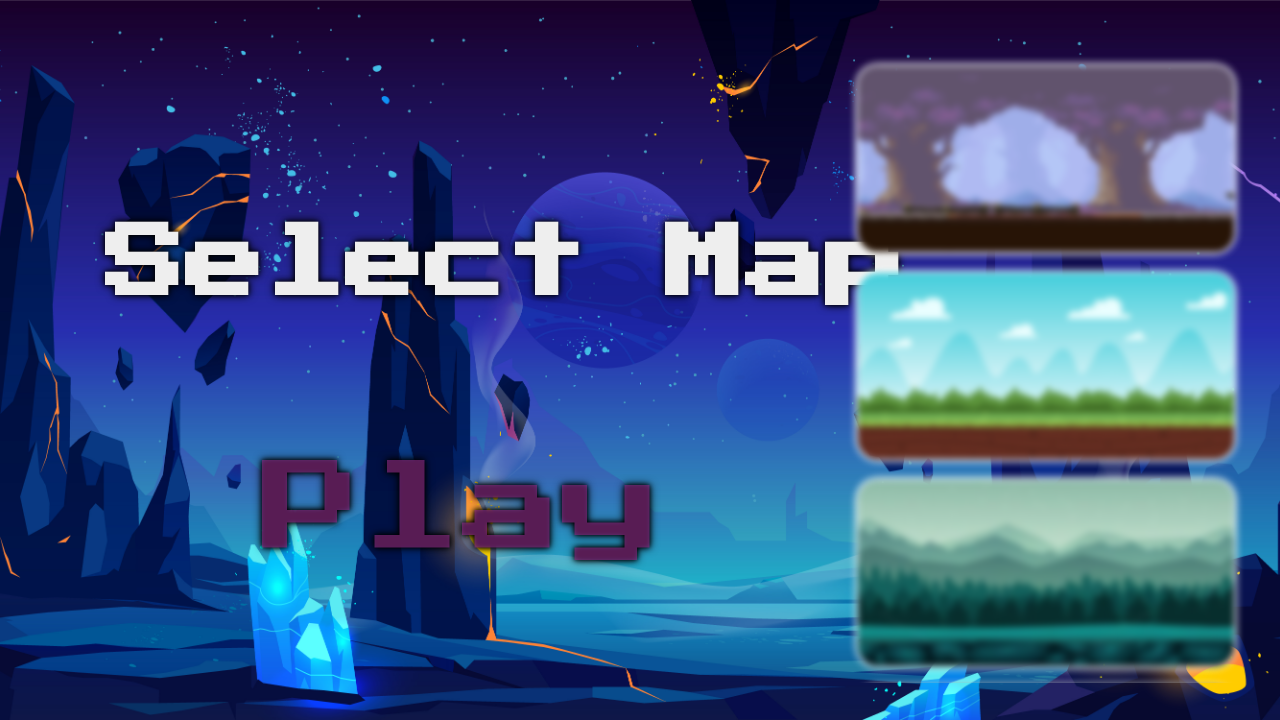
Repository: Gaurav31052/Fighting-game
Page: home.html
These files come from the project's save history. The page is drawn as it stood at one moment and after a run of saves; the edit follows.
The browser window is 1280 px wide. The pictures show the whole page.
An inner scrolling area shows only its first screen.

Above is the page before, as saved 2024-06-06 23:34:31.

### home.html
<!DOCTYPE html>
<html lang="en">

<head>
    <meta charset="UTF-8">
    <meta name="viewport" content="width=device-width, initial-scale=1.0">
    <title>Document</title>
    <link href="https://fonts.googleapis.com/css2?family=Press+Start+2P&display=swap" rel="stylesheet">
    <link rel="stylesheet" href="style.css">
</head>

<body>


    <!-- carousel -->
    <div class="carousel">
        <!-- list item -->
        <div class="list">
            <div class="item">

                <div class="MapName">
                   <h1 id="name">Select Map</h1>
                </div>

                <img id="mainbox" src="img/home.jpg" alt="">

                <button id="btn"><a href='game.html'>Play</a></button>
            </div>

        </div>


        <!-- list thumnail -->
        <div class="thumbnail" id="about">

            <div class="item" id="bg1"><img class="myimg" src="./img/background1.jpg" alt=""></div>
            <div class="item" id="bg2"><img class="myimg" src="./img/background2.jpg" alt=""></div>
            <div class="item" id="bg3"><img class="myimg" src="./img/background3.jpg" alt=""></div>
            <div class="item" id="bg4"><img class="myimg" src="./img/background4.jpg" alt=""></div>
            <div class="item" id="bg5"><img class="myimg" src="./img/background5.jpg" alt=""></div>
            <div class="item" id="bg6"><img class="myimg" src="./img/background6.jpg" alt=""></div>
            <!-- <div class="item"><img src="img/background.jpg" alt=""></div>
                <div class="item"><img src="img/background.jpg" alt=""></div>
                <div class="item"><img src="img/background.jpg" alt=""></div>
                <div class="item"><img src="img/background.jpg" alt=""></div>
                <div class="item"><img src="img/background.jpg" alt=""></div> -->

        </div>


    </div>

    <script src="home.js"></script>

</body>

</html>

### style.css

body {
    margin: 0;
    background-color: #000;
    color: #eee;
    font-family: Poppins;
    font-size: 12px;
    overflow: hidden;
}

a {
    text-decoration: none;
    color: #8b2c84a2;
}

/* carousel */
.carousel {
    height: 100vh;
    width: 100vw;
    overflow: hidden;
    position: relative;
}

.carousel .list .item {
    width: 100%;
    height: 100%;
    position: absolute;
    inset: 0 0 0 0;

}

.carousel .list .item img {
    width: 100%;
    height: 100%;
    object-fit: cover;

}

.carousel .list .item button {

    position: absolute;
    top: 50%;
    left: 20%;
    font-size: 100px;
    font-family: "Press Start 2P", system-ui;
    text-align: center;
    padding-top: 100px;
    text-shadow: 0 0 10px #000000, 0 0 5px #000000;
    border: 2px solid black;
    background: transparent;
    border: none;
}
#btn{

}

.MapName {
    /* background: red; */
    position: absolute;
    height: 130px;
    width: 830px;
    top: 200px;
    left: 90px;
    display: flex;
    justify-content: space-around;
    align-items: center;
    font-family: "Press Start 2P", system-ui;
    text-shadow: 0 0 10px #000000, 0 0 5px #000000;
}
.MapName>h1{
    font-size: 80px;
}



/* thumbail */
.thumbnail {
    position: absolute;
    top: 6%;
    left: 65%;
    width: max-content;
    z-index: 100;
    gap: 15px;
    width: 460px;
    height: 615px;
    overflow: scroll;
    padding: 5px;
    padding-top: 20px;

    scroll-behavior: initial;
    display: flex;
    flex-direction: column;
    align-items: center;

}

.thumbnail .item {
    width: fit-content;
    flex-shrink: 0;
    position: relative;
    list-style-type: none;
    padding: 3px;
}

#about {
    scrollbar-width: none;
}

.thumbnail .item img {
    width: 90%;
    height: 100%;
    object-fit: cover;
    border-radius: 20px;
    box-shadow: 0 0 5px #fff, 0 0 5px #fff, 0 0 5px #fff, 0 0 5px #fff;
}

.myimg {
    filter: blur(3px);
}

.myimg:hover {
    filter: none;
    scale: 1.1;
    transition: 0.5s ease-in;
}

#leftimg {
    scale: 4;
}

#rightimg {
    scale: 3;
}

### home.js
let userchoice;

const setmap = document.getElementById("mainbox");
const choices = document.querySelectorAll(".myimg");
choices.forEach((e) => {
    e.addEventListener("click", () => {
        userchoice = e.getAttribute("src");
        setmap.src = userchoice;
        localStorage.setItem(1,userchoice);
        console.log(userchoice);
        if(userchoice === "./img/background1.jpg"){
            document.getElementById('name').innerHTML = "Bloom";
        }
        else if(userchoice === "./img/background2.jpg"){
            document.getElementById('name').innerHTML = "Skyris";
        }
        else if(userchoice === "./img/background3.jpg"){
            document.getElementById('name').innerHTML = "Night Hawl";
        }
        else if(userchoice === "./img/background4.jpg"){
            document.getElementById('name').innerHTML = "Caves";
        }
        else if(userchoice === "./img/background5.jpg"){
            document.getElementById('name').innerHTML = "Bind";
        }
        else if(userchoice === "./img/background6.jpg"){
            document.getElementById('name').innerHTML = "Forest";
        }
    })
});

var home_music =new Audio("./audio/background sound.mp3");
home_music.play();
home_music.loop=true;
home_music.volume=0.1;

After the next 2 saves:
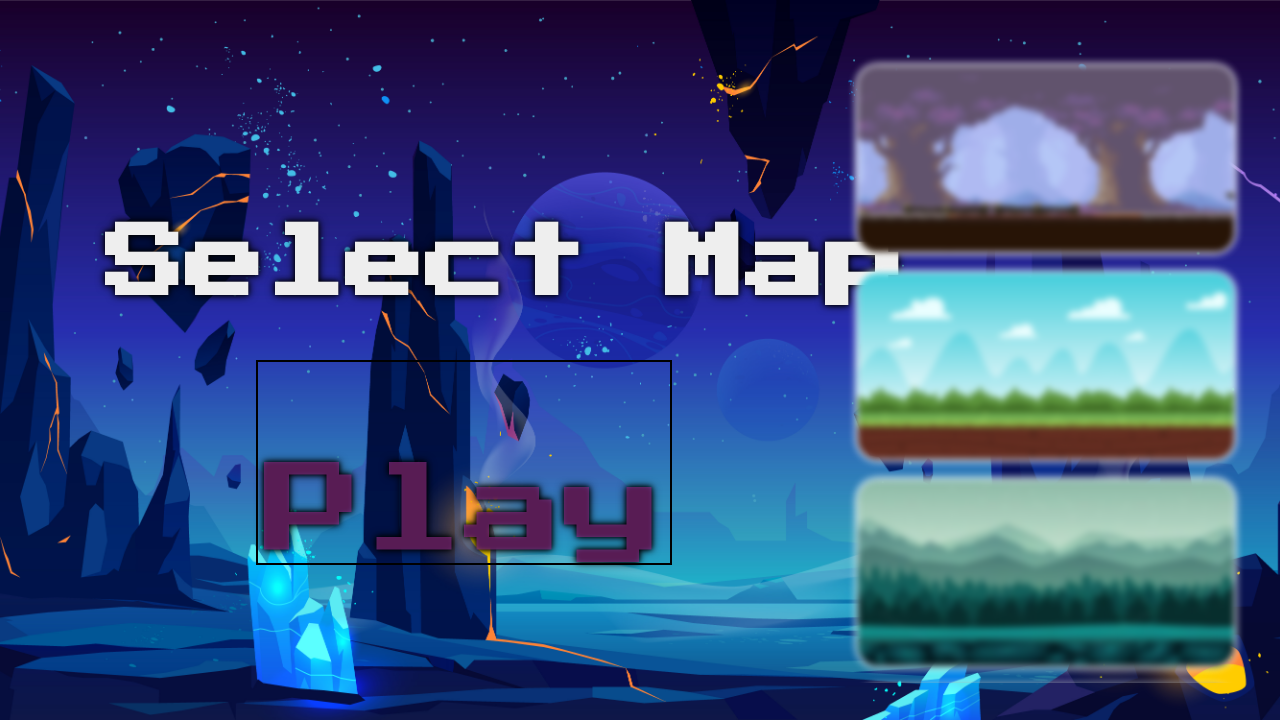
The 2 saves are shown as one change because they came seconds apart.
The last was saved 7 s later.
--- a/style.css
+++ b/style.css
@@ -46,12 +46,12 @@ a {
     text-align: center;
     padding-top: 100px;
     text-shadow: 0 0 10px #000000, 0 0 5px #000000;
-    border: 2px solid black;
+
     background: transparent;
     border: none;
 }
 #btn{
-
+    border: 2px solid black;
 }
 
 .MapName {
